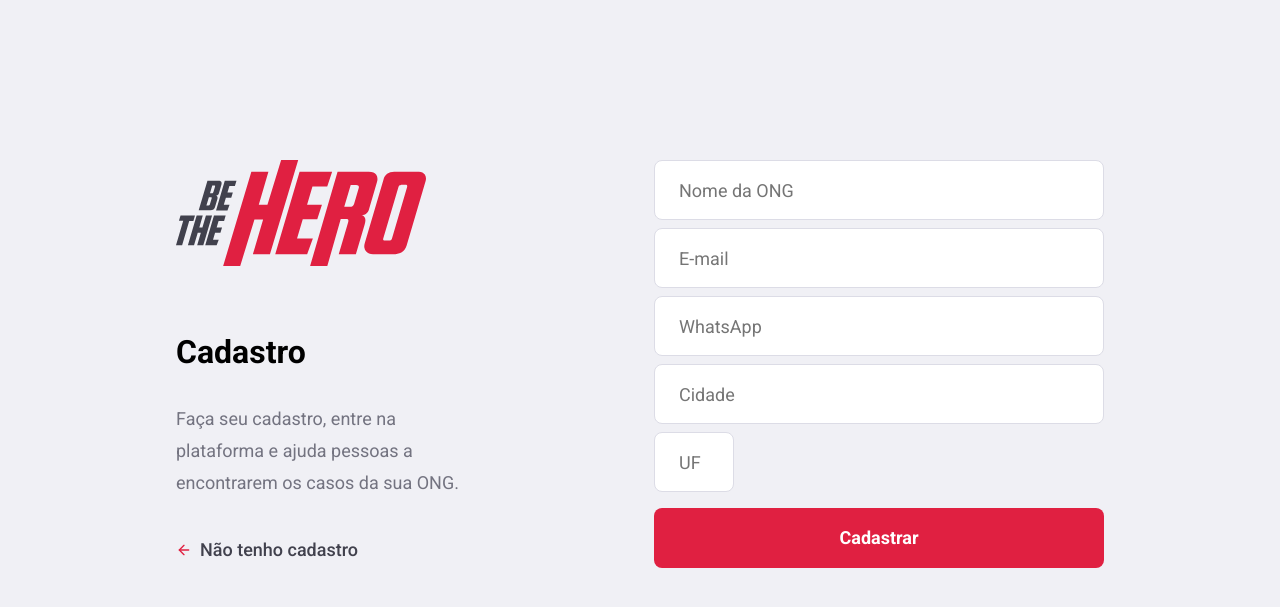
Repository: pedroevangelista/be-the-hero
Page: /register (app in frontend/)
These files come from the project's save history. The page is drawn as it stood at one moment and after the next save; the edit follows.
The browser window is 1280 px wide. The pictures show the whole page.
The project was rebuilt for these pictures with package versions that can differ from the ones it lists, and the page was loaded fresh each time. Also part of the build but not shown: frontend/src/pages/Logon/styles.css, frontend/src/pages/Logon/index.js.

Above is the page before, as saved 2020-03-25 14:19:30.

After the next save:
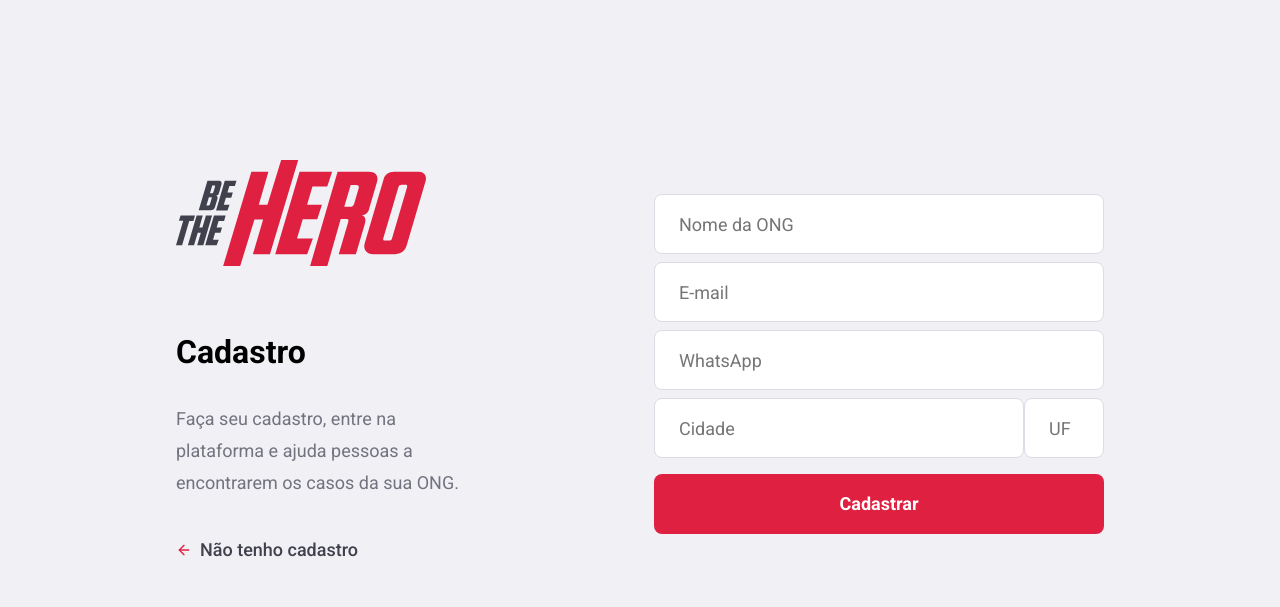
Saved 33 s later.
--- a/frontend/src/pages/Register/styles.css
+++ b/frontend/src/pages/Register/styles.css
@@ -42,3 +42,7 @@
 .register-container .content form input {
     margin-top: 8px;
 }
+
+.register-container .content form .input-group {
+    display: flex;
+}
